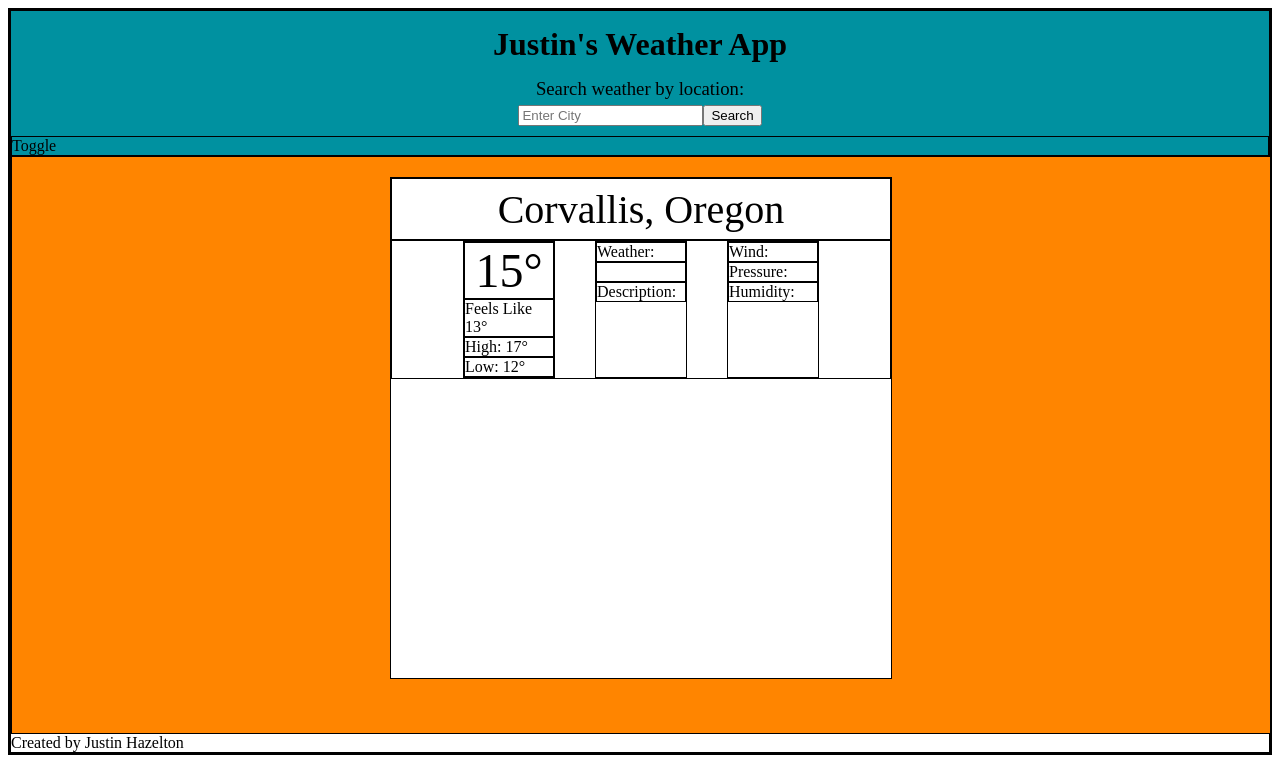
Repository: J-Haze/Weather
Page: /
The author's editor kept a copy of each file at every save. The page is drawn from the files as they stood at one save, then again after the next save.
The browser window is 1280 px wide. The pictures show the whole page.
The project was rebuilt for these pictures with package versions that can differ from the ones it lists, and the page was loaded fresh each time. Also part of the build but not shown: src/index.css.

Above is the page before, as saved 2020-09-06 20:22:34.

### public/index.html
<!DOCTYPE html>
<html lang="en">
  <head>
    <meta charset="utf-8" />
    <link rel="icon" href="%PUBLIC_URL%/favicon.ico" />
    <meta name="viewport" content="width=device-width, initial-scale=1" />
    <meta name="theme-color" content="#000000" />
    <meta
      name="description"
      content="Web site created using create-react-app"
    />
    <link rel="apple-touch-icon" href="%PUBLIC_URL%/logo192.png" />
    <!--
      manifest.json provides metadata used when your web app is installed on a
      user's mobile device or desktop. See https://developers.google.com/web/fundamentals/web-app-manifest/
    -->
    <link rel="manifest" href="%PUBLIC_URL%/manifest.json" />
    <!--
      Notice the use of %PUBLIC_URL% in the tags above.
      It will be replaced with the URL of the `public` folder during the build.
      Only files inside the `public` folder can be referenced from the HTML.

      Unlike "/favicon.ico" or "favicon.ico", "%PUBLIC_URL%/favicon.ico" will
      work correctly both with client-side routing and a non-root public URL.
      Learn how to configure a non-root public URL by running `npm run build`.
    -->
    <title>Weather App ⛅</title>
  </head>
  <body>
    <noscript>You need to enable JavaScript to run this app.</noscript>
    <div id="root"></div>
    <!--
      This HTML file is a template.
      If you open it directly in the browser, you will see an empty page.

      You can add webfonts, meta tags, or analytics to this file.
      The build step will place the bundled scripts into the <body> tag.

      To begin the development, run `npm start` or `yarn start`.
      To create a production bundle, use `npm run build` or `yarn build`.
    -->
  </body>
</html>

### src/App.js
import React from "react";
import "./App.css";
import Weather from "./components/Weather"
// import Results from "./components/Results"

function App() {
  return (
    <div className="App" >
        <Weather />
    </div >
  )

}

export default App;

### src/App.css
:root{
    --light-blue: rgb(0,145,160);
    --orange: rgb(255, 133, 0);
    --dark-blue: rgb(0, 39, 96);
}

div {
    border: solid black 1px;
}

/* #root{
        width: 100%;
        height: 100%;
        bottom: 0px;
}

#app{
        width: 100%;
        height: 100%;
        bottom: 0px;
} */

header{
    background-color: var(--light-blue);
    display: flex;
    flex-direction: column;
    margin-left: auto;
    margin-right: auto;
    justify-content: center;
}

#title{
    display: flex;
    margin-left: auto;
    margin-right: auto;
    justify-content: center;
    /* align-items: center; */
    font-size: 2em;
    margin-top: 15px;
    margin-bottom: 15px;
    font-weight: bold;

    border: none;
}

#subtitle{
    display: flex;
    justify-content: center;
     align-items: center;
     margin-top: none;
     margin-bottom: 5px;;
    font-size: 1.17em;

    border: none;
}

#form{
    display: flex;
    margin-bottom: 10px;
}

#search-box{
    display: flex;
        margin-left: auto;
    justify-content: center;
     align-items: center;

}

#search-button{
    margin-right: auto;

      position: relative;
  /* width: 30px; */
  /* height: 30px;
  line-height: 30px; */
  color: black;
  /* flex-shrink: 0; */
}

#fa-search-location{
    display: flex;
    height: 100%;
    width: 100%;
    color: black;
}

#results-section{
    background-color: var(--orange);
    width: 100%;
    margin-top: 0px;
    height: 100%;
    min-height: 80vh;
}



#results-card{
    background-color: white;
    width: 500px;
    height: 500px;
    margin-top: 20px;
    margin-left: auto;
    margin-right: auto;
}

.location{
    display: flex;
    margin-left: auto;
    margin-right: auto;
    justify-content: center;
     align-items: center;
     height: 60px;
     font-size: 2.5em;
}

.row{
    display: flex;
}

.temp-container{
    margin-left: auto;
    width: 90px;
}

.weather-container{
    margin-left: 40px;
    margin-right: 40px;
    width: 90px;
}

.other-container{
    margin-right: auto;
    width: 90px;
}

.temp-main{
    display: flex;
    font-size: 3em;
    justify-content: center;
    align-items: center;
}

.temp{
}

### src/components/Weather.js
import React from 'react';
// import getWeather from "./getWeather";
import { useState, useEffect } from 'react';
import "../App.css";
// import { getIconClass, makeDate } from '../Helpers';

//Weather Icons
import sun from '../assets/icons/01n.png'
import cloud from '../assets/icons/02n.png'
import scatteredCloud from '../assets/icons/03n.png'
import brokenCloud from '../assets/icons/04n.png'
import rain from '../assets/icons/09n.png'
import heavyRain from '../assets/icons/10n.png'
import thunderstorm from '../assets/icons/11n.png'
import snow from '../assets/icons/13n.png'
import mist from '../assets/icons/50n.png'


const Weather = () => {

    let [error, setError] = useState(false);
    let [loading, setLoading] = useState(false);
    let [errorMessage, setErrorMessage] = useState("");

    let [location, setLocation] = useState("");
    const [data, setData] = useState(null);
    const [url, setUrl] = useState("")

    const [city, setCity] = useState("");
    const [country, setCountry] = useState("");
    const [weather, setWeather] = useState("");
    const [description, setDescription] = useState("");
    const [icon, setIcon] = useState("");
    const [pressure, setPressure] = useState("");
    const [humidity, setHumidity] = useState("");
    const [wind, setWind] = useState("");

    const [temp, setTemp] = useState("");
    const [max, setMax] = useState("");
    const [min, setMin] = useState("");
    const [feel, setFeel] = useState("");

    // const [searched, setSearched] = useState("false")

    //to keep API hidden:
    //const API_KEY = process.env.REACT_APP_API_KEY;
    const API_KEY = process.env.REACT_APP_API_KEY;


    const handleChange = (event) => {
        event.preventDefault();
        setLocation(event.target.value);
        console.log("event.target.value:", event.target.value)
    };

    const handleSubmit = (event) => {
        event.preventDefault();
        let urlInput = `https://api.openweathermap.org/data/2.5/weather?q=${location}&appid=${API_KEY}`
        setUrl(urlInput)
    };

    useEffect(() => {
        if (!url) return;
        console.log("url:", url)
        const fetchWeather = async () => {
            setLoading(true);
            setError(false);
            try {
                const response = await fetch(url);
                const data = await response.json();
                console.log()
                if (data.cod !== 200) throw new Error(`${data.cod}: ${data.message}`);
                setData(data);
                setCity(data.name);
                setCountry(data.sys.country)
                // date: makeDate(),
                setWeather(data.weather[0].main);
                setDescription(data.weather[0].description);
                setIcon(data.weather[0].icon)
                //^^ get picture based on what the icon is
                setPressure(data.main.pressure);
                setHumidity(data.main.humidity);
                setWind(data.wind.speed);
                setTemp(data.main.temp);
                setMax(data.main['temp_max']);
                setMin(data.main['temp_min']);
                setFeel(data.main['feels_like']);
            } catch (error) {
                setError(true);
                setErrorMessage(error.message);
                console.log(error);
            }
        };
        setLoading(false);
        fetchWeather();
    },
        [url]
    );

    const weatherIcons = {
        '01n': sun,
        '02n': cloud,
        '03n': scatteredCloud,
        '04n': brokenCloud,
        '09n': rain,
        '10n': heavyRain,
        '11n': thunderstorm,
        '13n': snow,
        '50n': mist
    };


    // function toCelsius(fahrenheit) {
    //     return (fahrenheit - 32) * 5 / 9;
    // }

    // function toFahrenheit(celsius) {
    //     return (celsius * 9 / 5) + 32;
    // }


    console.log(error, loading, errorMessage, data)

    return (
        <div id="app">
            <header id="header">
                <div id="title" >Justin's Weather App</div>
                <div id="subtitle"> Search weather by location:</div>
                <form onSubmit={handleSubmit} id="form">
                    <input
                        type="text"
                        name="location"
                        placeholder="Enter City"
                        maxLength="50"
                        value={location || ""}
                        onChange={handleChange}
                        id="search-box"
                    />
                    <button type="submit" id="search-button">
                        <i className="fas fa-search-location"></i>
                        Search
                    </button>
                </form>
                <div> Toggle </div>
            </header>
            <div id="results-section">
                <div id="results-card">
                    <div className="location">
                        {`Corvallis, Oregon${city}${country}`}
                    </div>

                    <div className="row">
                        <div className="temp-container">
                            <div className="temp-main">15&#176; {temp}</div>
                            <div className="feel temp">Feels Like 13&#176; {feel}</div>
                            <div className="max temp">High: 17&#176; {max}</div>
                            <div className="min temp">Low: 12&#176; {min}</div>

                        </div>

                        <div className="weather-container">
                            <div className="weather"> Weather: {weather} </div>
                            <div className="icon"><img src={weatherIcons[icon]} /></div>
                            <div className="description">Description: {description}</div>
                        </div>

                        <div className="other-container">
                            <div className="wind">Wind: {wind}</div>
                            <div className="pressure">Pressure: {pressure}</div>
                            <div className="humidity">Humidity: {humidity}</div>
                        </div>
                    </div>
                </div>
            </div>
            <footer>
                Created by Justin Hazelton
            </footer>
        </div>
    )

}

export default Weather

Loaded but not shown: src/index.js (common file); src/serviceWorker.js (common file)

After the next save:
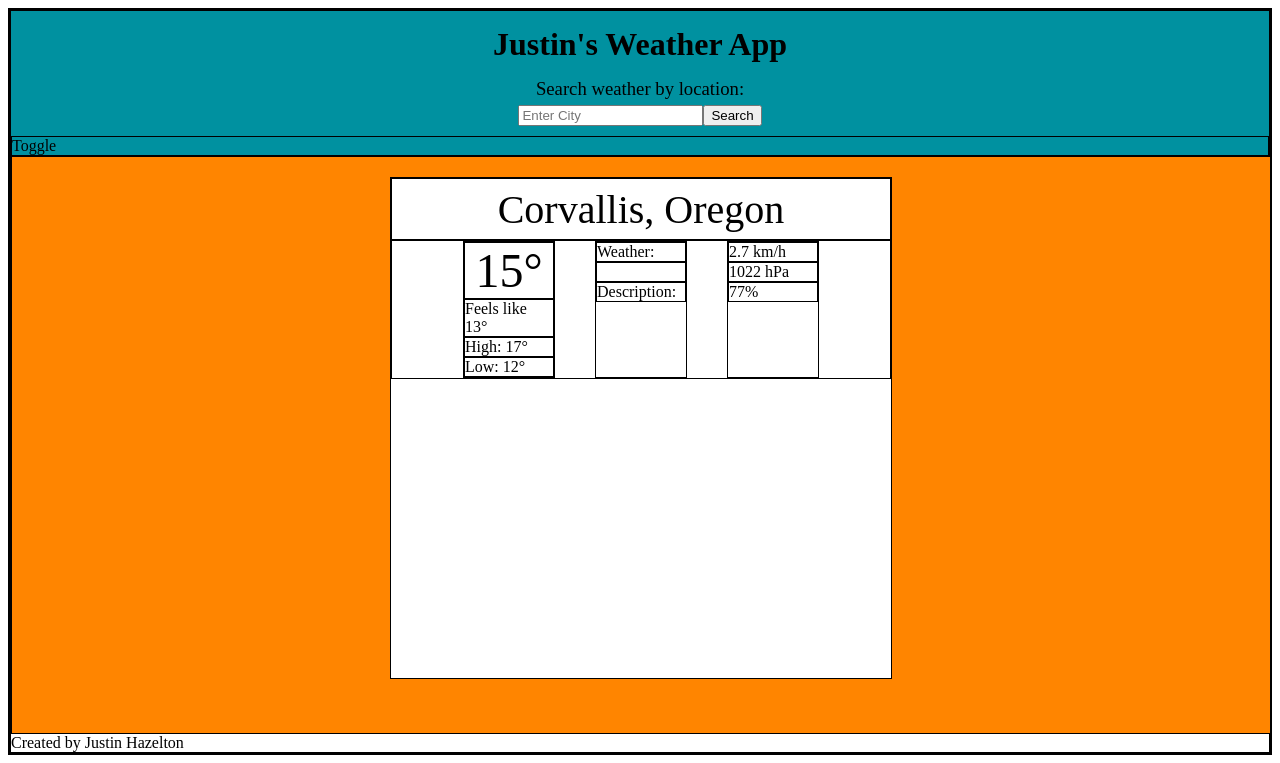
Saved 4 min 42 s later.
--- a/src/components/Weather.js
+++ b/src/components/Weather.js
@@ -152,7 +152,7 @@ const Weather = () => {
                     <div className="row">
                         <div className="temp-container">
                             <div className="temp-main">15&#176; {temp}</div>
-                            <div className="feel temp">Feels Like 13&#176; {feel}</div>
+                            <div className="feel temp">Feels like 13&#176; {feel}</div>
                             <div className="max temp">High: 17&#176; {max}</div>
                             <div className="min temp">Low: 12&#176; {min}</div>
 
@@ -165,9 +165,9 @@ const Weather = () => {
                         </div>
 
                         <div className="other-container">
-                            <div className="wind">Wind: {wind}</div>
-                            <div className="pressure">Pressure: {pressure}</div>
-                            <div className="humidity">Humidity: {humidity}</div>
+                            <div className="wind">2.7 km/h {wind}</div>
+                            <div className="pressure">1022 hPa {pressure}</div>
+                            <div className="humidity">77% {humidity}</div>
                         </div>
                     </div>
                 </div>
